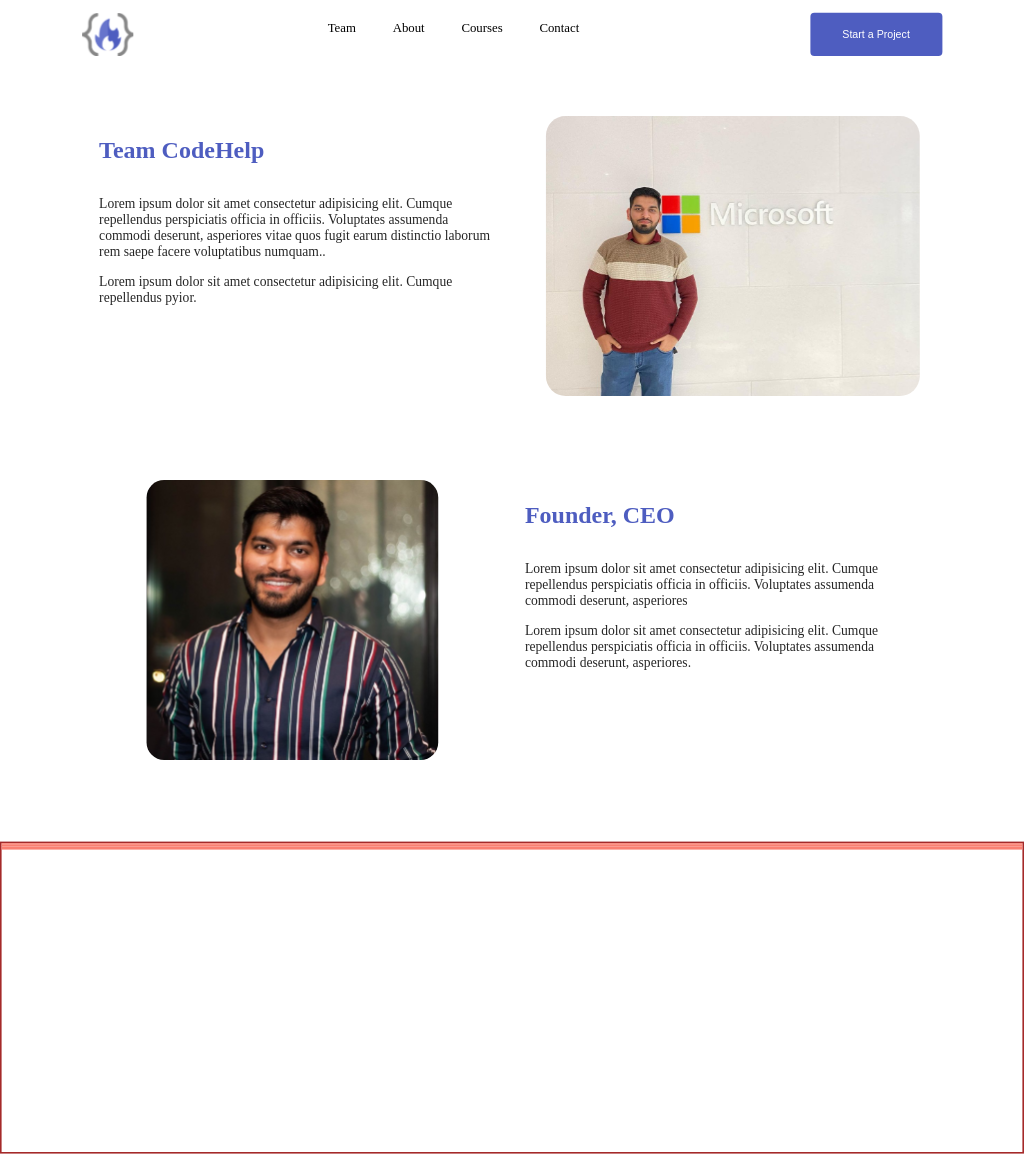
Repository: PraffulPatel27/Codehelp-Mini-Clone
Page: index.html
The author's editor kept a copy of each file at every save. The page is drawn from the files as they stood at one save, then again after the next save.
The browser window is 1280 px wide. The pictures show the whole page, at 80% of full size.

Above is the page before, as saved 2024-02-25 10:20:36.

After the next save:
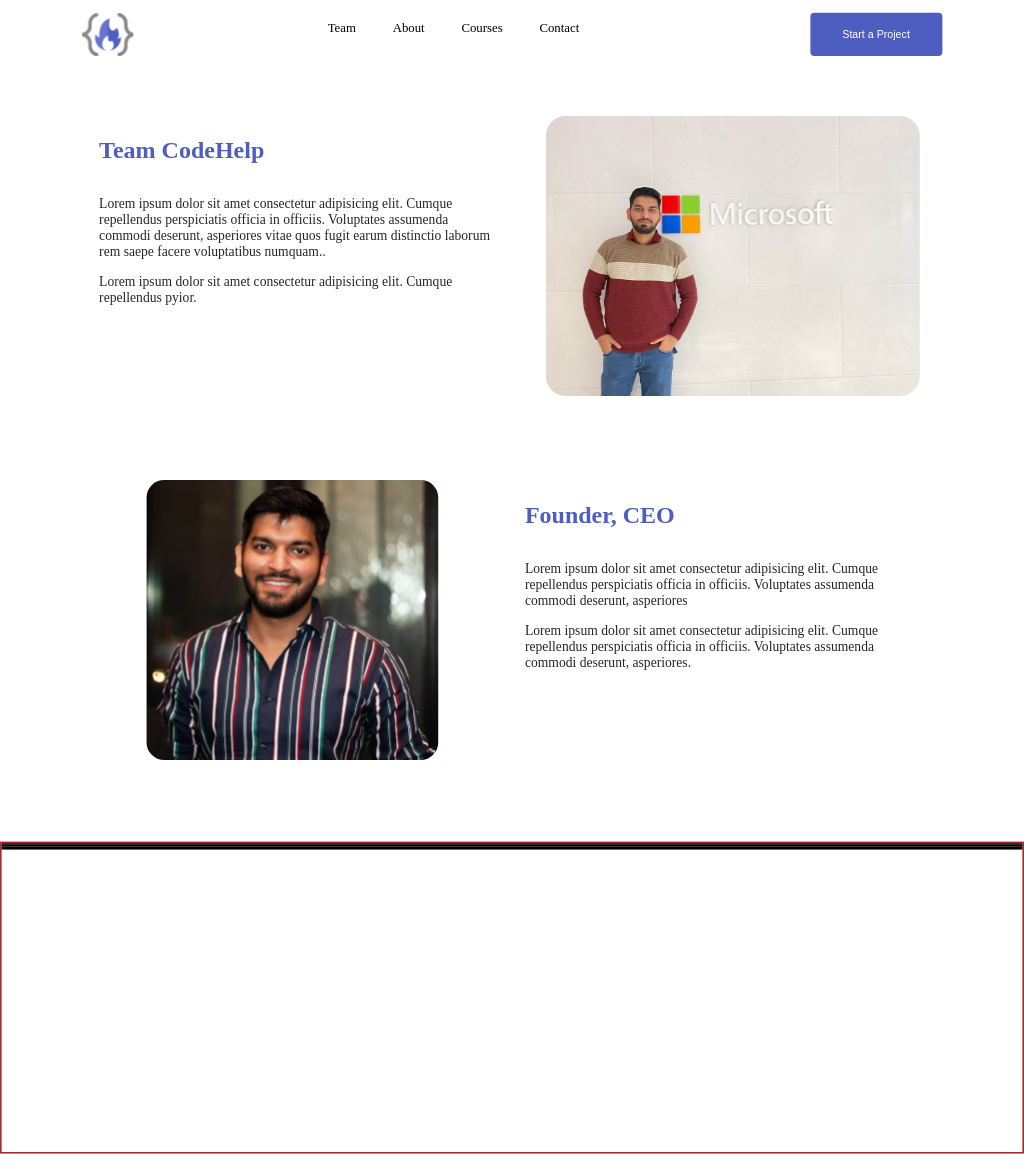
Saved 11 s later.
--- a/style.css
+++ b/style.css
@@ -114,5 +114,5 @@
 }
 
 .ft-box {
-    border: 1px solid salmon;
+    border: 1px solid ;
 }
